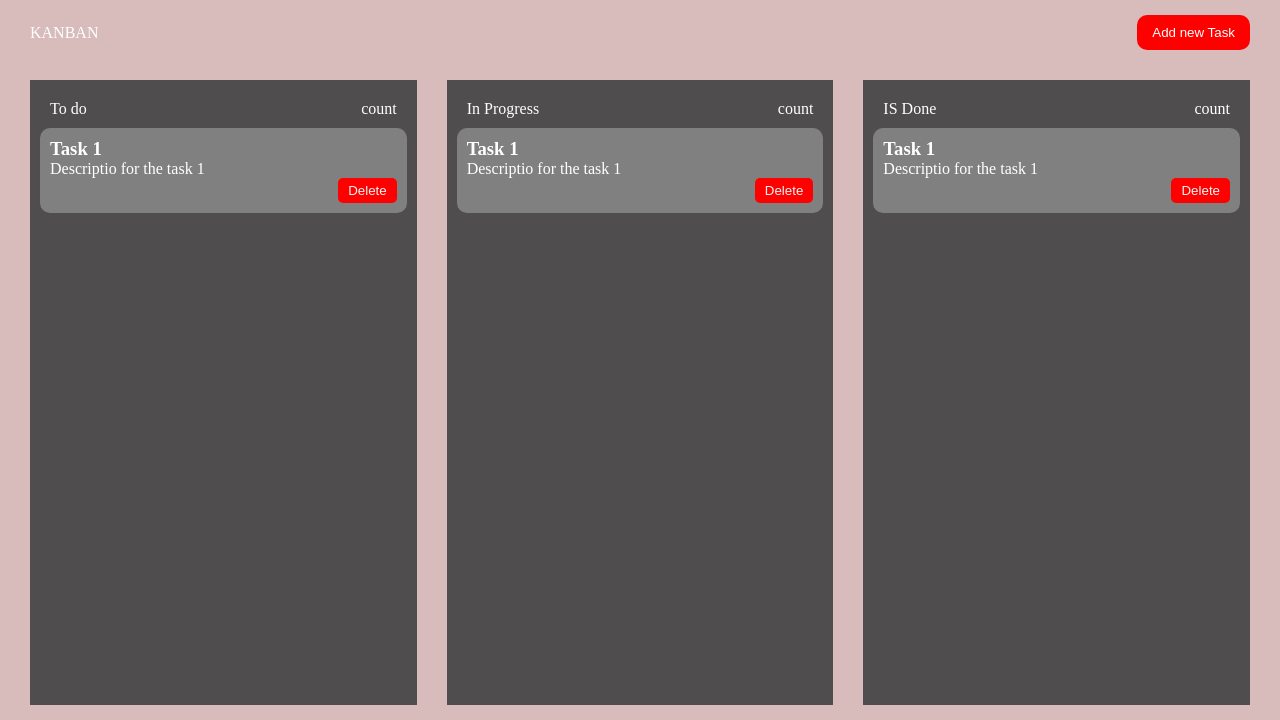
Repository: Sandeepji-5/Kanban-board
Page: index.html
These files come from the project's save history. The page is drawn as it stood at one moment and after the next save; the edit follows.
The browser window is 1280 px wide. The pictures show the whole page.

Above is the page before, as saved 2025-12-09 11:21:10.

After the next save:
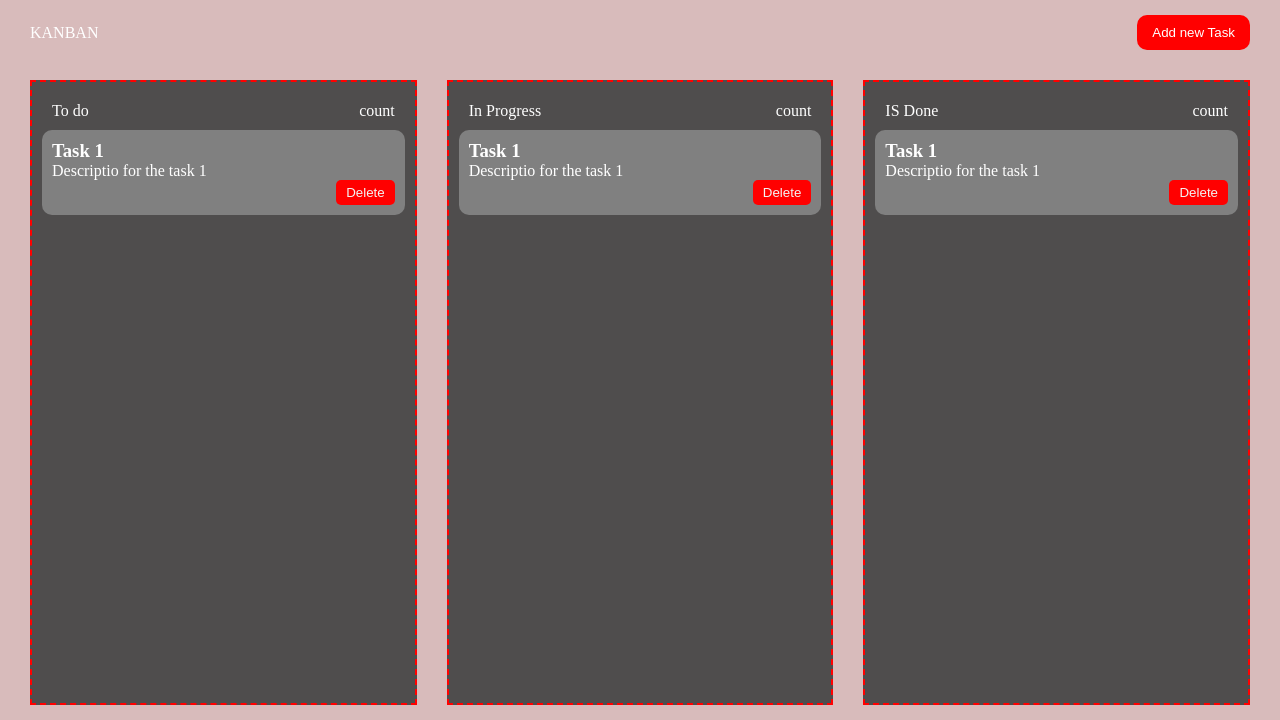
Saved 3 min 47 s later.
--- a/style.css
+++ b/style.css
@@ -94,14 +94,15 @@ section .task-column{
     display: flex;
     flex-direction: column;
     transition: all 0.7s cubic-bezier(0.19, 1, 0.22, 1);
+        border: 2px dashed red;
 
 
 
 }
-section .task-column hover-over {
+/* section .task-column hover-over {
     border: 2px dashed red;
     transform: scale(1.05);
-}
+} */
 section .task-column .heading{
     display: flex;
     justify-content: space-between ;
